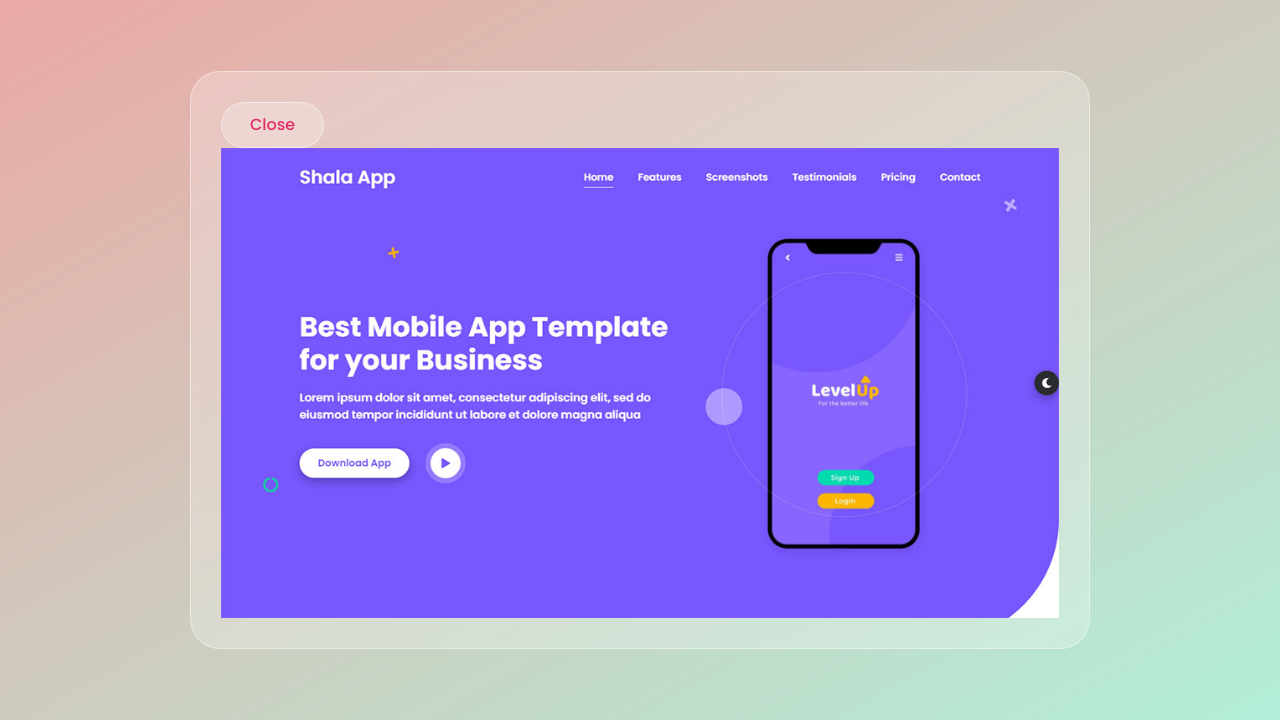
Repository: dewaary/Glassmorp-me
Page: index.html
An editor plug-in stored every save of this project. The page is shown before and after the next save, followed by the edit.
The browser window is 1280 px wide. The pictures show the whole page.

Above is the page before, as saved 2021-05-26 09:43:42.

### index.html
<!DOCTYPE html>
<html lang="en">

<head>
    <meta charset="UTF-8">
    <meta http-equiv="X-UA-Compatible" content="IE=edge">
    <meta name="viewport" content="width=device-width, initial-scale=1.0">
    <link rel="stylesheet" href="css/style.css">
    <link rel="stylesheet" href="css/font-awasome.css">
    <title>Document</title>
</head>

<body>
    <div class="main hidden">
        <section class="home-section align-items-center hidden">
            <div class="container">
                <div class="row align-items-center">
                    <div class="home-text">
                        <p>Hello, I'm</p>
                        <h1>Dewa Ari</h1>
                        <h2>Full-Stack Web Developer</h2>
                        <a href="#" class="btn">more about me</a>
                        <a href="#" class="btn">portfolio</a>
                    </div>
                    <div class="home-img">
                        <div class="img-box">
                            <img src="img/profile-img.png" alt="profile-img">
                        </div>
                    </div>
                </div>
            </div>
        </section>

        <!-- About Section Start-->
        <section class="about-section sec-padding hidden">
            <div class="container">
                <div class="row">
                    <div class="section-title">
                        <h2>About me</h2>
                    </div>
                </div>
                <div class="row">
                    <div class="about-img">
                        <div class="img-box">
                            <img src="img/about-img.png" alt="About Image">
                        </div>
                    </div>
                    <div class="about-text">
                        <p>Lorem ipsum dolor sit amet consectetur adipisicing elit. Illo natus voluptatum, excepturi
                            quae vitae architecto. Iste aperiam alias esse numquam quo quae architecto fugiat at
                            perspiciatis repudiandae. Nemo, ducimus vitae!</p>
                        <h3>Skills</h3>
                        <div class="skills">
                            <div class="skill-item">Html</div>
                            <div class="skill-item">CSS</div>
                            <div class="skill-item">JavaScript</div>
                            <div class="skill-item">Java</div>
                            <div class="skill-item">Python</div>
                            <div class="skill-item">PHP</div>
                            <div class="skill-item">MySQL</div>
                            <div class="skill-item">MongoDB</div>
                            <div class="skill-item">SQL Server</div>
                        </div>

                        <div class="about-tabs">
                            <button type="button" class="tab-item active" data-target="#education">Education</button>
                            <button type="button" class="tab-item" data-target="#experience">Experience</button>
                        </div>
                        <!-- Education Start -->
                        <div class="tab-content active" id="education">
                            <div class="timeline">
                                <div class="timeline-item">
                                    <span class="date">2013 - 2015</span>
                                    <h4>Teknik Komputer Jaringan - <span>SMAK N 1 Gianyar</span></h4>
                                    <p>Lorem ipsum dolor sit amet consectetur adipisicing elit. Ex, ducimus commodi
                                        aspernatur beatae minus quo atque saepe quis blanditiis nulla assumenda
                                        explicabo numquam hic error consequatur. Iste eius animi eligendi?</p>
                                </div>
                                <div class="timeline-item">
                                    <span class="date">2013 - 2015</span>
                                    <h4>Teknik Komputer Jaringan - <span>SMAK N 1 Gianyar</span></h4>
                                    <p>Lorem ipsum dolor sit amet consectetur adipisicing elit. Ex, ducimus commodi
                                        aspernatur beatae minus quo atque saepe quis blanditiis nulla assumenda
                                        explicabo numquam hic error consequatur. Iste eius animi eligendi?</p>
                                </div>
                                <div class="timeline-item">
                                    <span class="date">2013 - 2015</span>
                                    <h4>Teknik Komputer Jaringan - <span>SMAK N 1 Gianyar</span></h4>
                                    <p>Lorem ipsum dolor sit amet consectetur adipisicing elit. Ex, ducimus commodi
                                        aspernatur beatae minus quo atque saepe quis blanditiis nulla assumenda
                                        explicabo numquam hic error consequatur. Iste eius animi eligendi?</p>
                                </div>
                            </div>
                        </div>
                        <!-- Education End -->


                        <!-- Experince Start -->
                        <div class="tab-content" id="experience">
                            <div class="timeline">
                                <div class="timeline-item">
                                    <span class="date">2013 - 2016</span>
                                    <h4>Web Developer - <span>The Web Shala</span></h4>
                                    <p>Lorem ipsum dolor sit amet consectetur adipisicing elit. Et blanditiis,
                                        voluptates eum quibusdam voluptatibus sed accusamus officia iusto rem, esse
                                        harum ipsum suscipit eos assumenda nulla enim distinctio nostrum tempora!</p>
                                </div>
                                <div class="timeline-item">
                                    <span class="date">2013 - 2016</span>
                                    <h4>Web Developer - <span>The Web Shala</span></h4>
                                    <p>Lorem ipsum dolor sit amet consectetur adipisicing elit. Et blanditiis,
                                        voluptates eum quibusdam voluptatibus sed accusamus officia iusto rem, esse
                                        harum ipsum suscipit eos assumenda nulla enim distinctio nostrum tempora!</p>
                                </div>
                                <div class="timeline-item">
                                    <span class="date">2013 - 2016</span>
                                    <h4>Web Developer - <span>The Web Shala</span></h4>
                                    <p>Lorem ipsum dolor sit amet consectetur adipisicing elit. Et blanditiis,
                                        voluptates eum quibusdam voluptatibus sed accusamus officia iusto rem, esse
                                        harum ipsum suscipit eos assumenda nulla enim distinctio nostrum tempora!</p>
                                </div>

                            </div>
                        </div>

                        <!-- Experience End -->
                        <a href="#" class="btn">Download my CV</a>
                        <a href="#" class="btn">Contact</a>

                    </div>
                </div>
            </div>
        </section>
        <!-- About Section End -->

        <!-- Portfolio Section -->
        <section class="portfolio-section sec-padding">
            <div class="container">
                <div class="row">
                    <div class="section-title">
                        <h2>recent work</h2>
                    </div>
                </div>
                <div class="row">
                    <!-- Portfolio Item -->
                    <div class="portfolio-item">
                        <div class="portfolio-item-thumnail">
                            <img src="img/portfolio/1.jpg" alt="portfolio item thumb">
                        </div>
                        <h3 class="portfolio-item-title">education course website</h3>
                        <button type="button" class="btn view-project-btn">view project</button>
                        <div class="portfolio-item-details">
                            <div class="descriptions">
                                <p>Lorem ipsum dolor sit amet consectetur adipisicing elit. Nihil explicabo dolore velit
                                    ab recusandae iste. Animi amet nisi ullam architecto error. Quae, corrupti
                                    voluptates nostrum at voluptatem vitae, quam laudantium quo soluta a quod natus amet
                                    quasi voluptatibus ullam tempora.</p>
                            </div>
                            <div class="general-info">
                                <ul>
                                    <li>Created - <span>4 Dec 2020</span></li>
                                    <li>technologies used - <span>Html, Css</span></li>
                                    <li>Role - <span>Frontend</span></li>
                                    <li>View Online - <span><a href="#" target="_blank">www.domain.com</a></span></li>
                                </ul>
                            </div>
                        </div>
                    </div>

                    <div class="portfolio-item">
                        <div class="portfolio-item-thumnail">
                            <img src="img/portfolio/2.jpg" alt="portfolio item thumb">
                        </div>
                        <h3 class="portfolio-item-title">education course website</h3>
                        <button type="button" class="btn view-project-btn">view project</button>
                        <div class="portfolio-item-details">
                            <div class="descriptions">
                                <p>Lorem ipsum dolor sit amet consectetur adipisicing elit. Nihil explicabo dolore velit
                                    ab recusandae iste. Animi amet nisi ullam architecto error. Quae, corrupti
                                    voluptates nostrum at voluptatem vitae, quam laudantium quo soluta a quod natus amet
                                    quasi voluptatibus ullam tempora.</p>
                            </div>
                            <div class="general-info">
                                <ul>
                                    <li>Created - <span>4 Dec 2020</span></li>
                                    <li>technologies used - <span>Html, Css</span></li>
                                    <li>Role - <span>Frontend</span></li>
                                    <li>View Online - <span><a href="#" target="_blank">www.domain.com</a></span></li>
                                </ul>
                            </div>
                        </div>
                    </div>

                    <div class="portfolio-item">
                        <div class="portfolio-item-thumnail">
                            <img src="img/portfolio/3.jpg" alt="portfolio item thumb">
                        </div>
                        <h3 class="portfolio-item-title">App Landing Page</h3>
                        <button type="button" class="btn view-project-btn">view project</button>
                        <div class="portfolio-item-details">
                            <div class="descriptions">
                                <p>Lorem ipsum dolor sit amet consectetur adipisicing elit. Nihil explicabo dolore velit
                                    ab recusandae iste. Animi amet nisi ullam architecto error. Quae, corrupti
                                    voluptates nostrum at voluptatem vitae, quam laudantium quo soluta a quod natus amet
                                    quasi voluptatibus ullam tempora.</p>
                            </div>
                            <div class="general-info">
                                <ul>
                                    <li>Created - <span>4 Dec 2020</span></li>
                                    <li>technologies used - <span>Html, Css</span></li>
                                    <li>Role - <span>Frontend</span></li>
                                    <li>View Online - <span><a href="#" target="_blank">www.domain.com</a></span></li>
                                </ul>
                            </div>
                        </div>
                    </div>


                    <div class="portfolio-item">
                        <div class="portfolio-item-thumnail">
                            <img src="img/portfolio/4.jpg" alt="portfolio item thumb">
                        </div>
                        <h3 class="portfolio-item-title">App Landing Page</h3>
                        <button type="button" class="btn view-project-btn">view project</button>
                        <div class="portfolio-item-details">
                            <div class="descriptions">
                                <p>Lorem ipsum dolor sit amet consectetur adipisicing elit. Nihil explicabo dolore velit
                                    ab recusandae iste. Animi amet nisi ullam architecto error. Quae, corrupti
                                    voluptates nostrum at voluptatem vitae, quam laudantium quo soluta a quod natus amet
                                    quasi voluptatibus ullam tempora.</p>
                            </div>
                            <div class="general-info">
                                <ul>
                                    <li>Created - <span>4 Dec 2020</span></li>
                                    <li>technologies used - <span>Html, Css</span></li>
                                    <li>Role - <span>Frontend</span></li>
                                    <li>View Online - <span><a href="#" target="_blank">www.domain.com</a></span></li>
                                </ul>
                            </div>
                        </div>
                    </div>


                    <div class="portfolio-item">
                        <div class="portfolio-item-thumnail">
                            <img src="img/portfolio/5.jpg" alt="portfolio item thumb">
                        </div>
                        <h3 class="portfolio-item-title">App Landing Page</h3>
                        <button type="button" class="btn view-project-btn">view project</button>
                        <div class="portfolio-item-details">
                            <div class="descriptions">
                                <p>Lorem ipsum dolor sit amet consectetur adipisicing elit. Nihil explicabo dolore velit
                                    ab recusandae iste. Animi amet nisi ullam architecto error. Quae, corrupti
                                    voluptates nostrum at voluptatem vitae, quam laudantium quo soluta a quod natus amet
                                    quasi voluptatibus ullam tempora.</p>
                            </div>
                            <div class="general-info">
                                <ul>
                                    <li>Created - <span>4 Dec 2020</span></li>
                                    <li>technologies used - <span>Html, Css</span></li>
                                    <li>Role - <span>Frontend</span></li>
                                    <li>View Online - <span><a href="#" target="_blank">www.domain.com</a></span></li>
                                </ul>
                            </div>
                        </div>
                    </div>


                    <div class="portfolio-item">
                        <div class="portfolio-item-thumnail">
                            <img src="img/portfolio/6.jpg" alt="portfolio item thumb">
                        </div>
                        <h3 class="portfolio-item-title">App Landing Page</h3>
                        <button type="button" class="btn view-project-btn">view project</button>
                        <div class="portfolio-item-details">
                            <div class="descriptions">
                                <p>Lorem ipsum dolor sit amet consectetur adipisicing elit. Nihil explicabo dolore velit
                                    ab recusandae iste. Animi amet nisi ullam architecto error. Quae, corrupti
                                    voluptates nostrum at voluptatem vitae, quam laudantium quo soluta a quod natus amet
                                    quasi voluptatibus ullam tempora.</p>
                            </div>
                            <div class="general-info">
                                <ul>
                                    <li>Created - <span>4 Dec 2020</span></li>
                                    <li>technologies used - <span>Html, Css</span></li>
                                    <li>Role - <span>Frontend</span></li>
                                    <li>View Online - <span><a href="#" target="_blank">www.domain.com</a></span></li>
                                </ul>
                            </div>
                        </div>
                    </div>
                </div>
            </div>
        </section>
        <!-- Portfolio Section End -->
    </div>

    <!-- Main End -->


    <!-- Portfolio PopUp Start -->
    <div class="portfolio-popup">
        <div class="pp-inner">
            <div class="pp-content">
                <div class="pp-header">
                    <button type="button" class="btn pp-close">close</button>
                    <div class="pp-thumbnail">
                        <img src="img/portfolio/3.jpg" alt="pp thumbnail">
                    </div>
                </div>
            </div>
        </div>
    </div>
    <script src="js/script.js"></script>
</body>

</html>

Loaded but not shown: css/font-awasome.css (library); js/script.js (15 lines, source omitted); css/style.css (459 lines, source omitted)

After the next save:
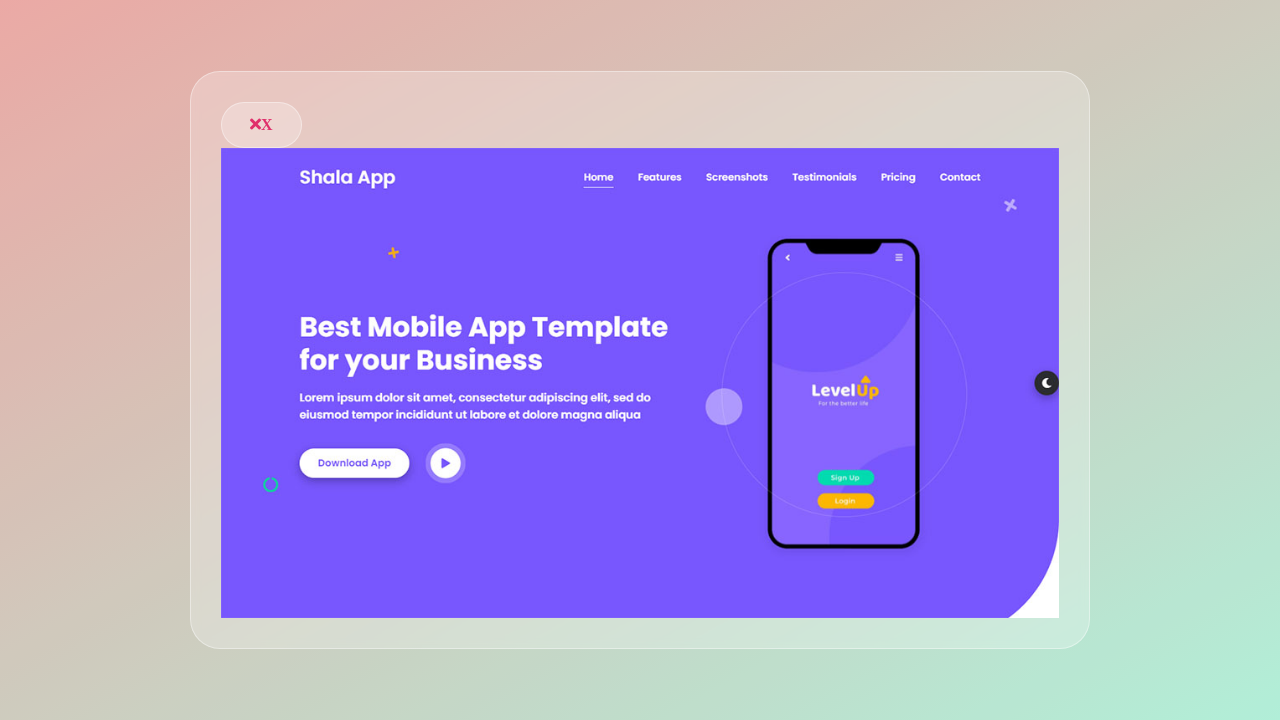
Saved 63 s later.
--- a/index.html
+++ b/index.html
@@ -303,7 +303,7 @@
         <div class="pp-inner">
             <div class="pp-content">
                 <div class="pp-header">
-                    <button type="button" class="btn pp-close">close</button>
+                    <button type="button" class="btn pp-close"><i class="fas fa-times">x</i></button>
                     <div class="pp-thumbnail">
                         <img src="img/portfolio/3.jpg" alt="pp thumbnail">
                     </div>
